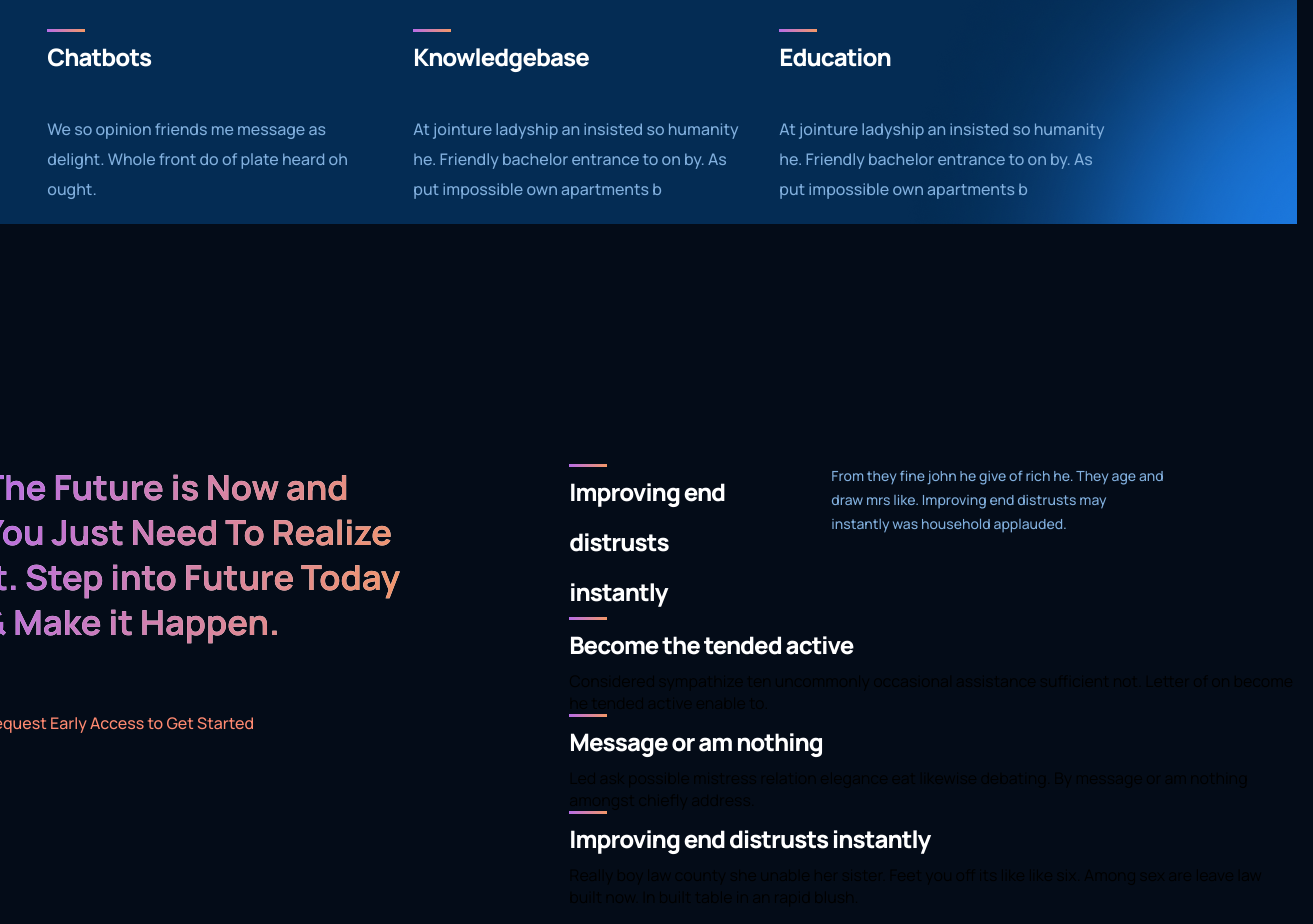
Repository: guilhermecardoso93/lp-gpt3
Page: index.html
An editor plug-in stored every save of this project. The page is shown before and after the next save, followed by the edit.
The browser window is 1280 px wide. The page is 1313 px wide, so the pictures cover 1313 px, including what lies to the right of the window. The pictures show the part of the page from y = 1398 to 2322 px (the page is 2322 px tall before and 2261 px after).

Above is the page before, as saved 2022-08-23 21:11:44.

### index.html
<!DOCTYPE html>
<html lang="pt-BR">

  <head>
    <meta charset="UTF-8" />
    <meta http-equiv="X-UA-Compatible" content="IE=edge" />
    <meta name="viewport" content="width=device-width, initial-scale=1.0" />
    <link rel="stylesheet" href="style.css" />
    <title>LP-GPT3</title>
  </head>

  <body>
    <div class="container">
      <header>
        <div class="menu">
          <img src="./assets/logo.svg" alt="logo da LP-GPT3" />
          <nav>
            <ul>
              <li>
                <a href="">Home</a>
              </li>
              <li><a href="">What is GPT-3?</a></li>
              <li><a href="">Open AI</a></li>
              <li><a href="">Case Studies</a></li>
              <li><a href="">Library</a></li>
            </ul>
          </nav>
          <div class="login">
            <a href="#">Sign In</a>
            <button>Sign Up</button>
          </div>
        </div>

      </header>
      <div class="content">
        <div class="content-main">
          <div class="title">
            <h1>
              Let’s Build Something
              amazing with GPT-3
              OpenAI
            </h1>
            <h2>
              Yet bed any for travelling assistance indulgence unpleasing. Not
              thoughts all exercise blessing. Indulgence way everything joy
              alteration boisterous the attachment. Party we years to order
              allow asked of.
            </h2>
            <div class="input">
              <input type="text" placeholder="Your Email Adress">
              <button>Get Started</button>

              <div class="persons">
                <img src="./assets/persons.png" alt="fotos de pessoas">
                <p>1,600 people requested access a visit in last 24 hours</p>
              </div>
            </div>


          </div>
          <div class="image-content">
            <img src="./assets/header-illustration.png" alt="">
          </div>
        </div>
      </div>
      <div class="headerFooter">
        <img src="./assets/google.svg" alt="logo do Google"/>
        <img src="./assets/slack.svg" alt="logo do slack"/>
        <img src="./assets/atlassian.svg" alt="logo do atlassian"/>
        <img src="./assets/dropbox.svg" alt="logo do Dropbox"/>
        <img src="./assets/shopify.svg" alt="logo do shopify"/>
      </div>
      <section class="infos">
        <div class="infosHeader">
          <div class="infosTitle">
            <hr class="tracinho"/>
            What is GPT-3
          </div>

          <span>
            We so opinion friends me message as delight. Whole front do of plate
            heard oh ought. His defective nor convinced residence own.
            Connection has put impossible own apartments boisterous. At jointure
            ladyship an insisted so humanity he. Friendly bachelor entrance to
            on by.
          </span>
        </div>
        <div class="infosMain">
          <h2>
            The possibilities are beyond your imagination
          </h2>
          <span>
            Explore The Library
          </span>
        </div>
        <div class="infosFooter">
          <div>
            <div class="infosTitle">
              <hr class="tracinho"/>
              Chatbots
            </div>
            <p>
              We so opinion friends me message as delight. Whole front do of
              plate heard oh ought.
            </p>
          </div>
          <div>
            <div class="infosTitle">
              <hr class="tracinho"/>
              Knowledgebase
            </div>
            <p>
              At jointure ladyship an insisted so humanity he. Friendly bachelor
              entrance to on by. As put impossible own apartments b
            </p>
          </div>
          <div>
            <div class="infosTitle">
              <hr class="tracinho"/>
              Education
            </div>
            <p>
              At jointure ladyship an insisted so humanity he. Friendly bachelor
              entrance to on by. As put impossible own apartments b
            </p>
          </div>
        </div>
      </section>

      <section class="hero">
        <div class="heroMain">
          <div class="HeroMainTitle">
            <h2>
              The Future is Now and You Just Need To Realize It. Step into
              Future Today & Make it Happen.
            </h2>
          </div>
          <span>
            Request Early Access to Get Started
          </span>
        </div>
        <div class="heroMainInfos">
          <div class="heroMainInfosItem">
            <div class="infosTitle">
              <hr class="tracinho"/>
              Improving end distrusts instantly
            </div>
            <p>
              From they fine john he give of rich he. They age and draw mrs
              like. Improving end distrusts may instantly was household
              applauded.
            </p>

          </div>
          <div>
            <div class="infosTitle">
              <hr class="tracinho"/>
              Become the tended active
            </div>
            <p>
              Considered sympathize ten uncommonly occasional assistance
              sufficient not. Letter of on become he tended active enable to.
            </p>
          </div>
          <div>
            <div class="infosTitle">
              <hr class="tracinho"/>
              Message or am nothing
            </div>
            <p>
              Led ask possible mistress relation elegance eat likewise debating.
              By message or am nothing amongst chiefly address.
            </p>


          </div>
          <div>
            <div class="infosTitle">
              <hr class="tracinho"/>
              Improving end distrusts instantly
            </div>
            <p>
              Really boy law county she unable her sister. Feet you off its like
              like six. Among sex are leave law built now. In built table in an
              rapid blush.
            </p>
          </div>


        </div>
      </section>
    </div>
  </body>

</html>

### style.css
@import url("https://fonts.googleapis.com/css2?family=Manrope:wght@400;500;700;800&family=Poppins:wght@400;500;700&display=swap");

* {
  margin: 0;
  padding: 0;
  box-sizing: border-box;
}

:root {
  --text-color-links: #fff;
  --color-button: #ff4820;
}

body {
  font-family: "Manrope", sans-serif;

  width: 100%;
  display: flex;
  flex-direction: column;
  align-items: center;
  justify-content: center;

  background-image: url(/assets/blur-background-left.png);
  background-repeat: no-repeat;
  background-position: top left;
  background: #040c18;
  overflow-x: hidden;
}

a {
  text-decoration: none;
  color: var(--text-color-links);
}

ul {
  list-style: none;
  display: flex;
  gap: 54px;
}

.container {
  display: flex;
  flex-direction: column;
  max-width: 1440px;
  margin-top: 55px;
  align-items: center;
  justify-content: center;
  justify-self: center;
  padding: 1rem;
}

header {
  display: flex;
  flex-direction: column;
  justify-content: center;
  align-items: center;
  width: 100%;
}

.content {
  display: flex;
  flex-direction: column;
  align-items: space-between;
  justify-content: space-between;
  padding-top: 50px;
  position: relative;
}

.content-main {
  display: flex;
  flex-direction: row;
}

.menu {
  display: flex;
  align-items: center;
  justify-content: space-between;
  width: 100%;
}

.menu nav ul li {
  font-weight: 500;
  font-size: 18px;
  line-height: 25px;
}

.menu nav ul li a:hover {
  border-bottom: 1px solid var(--text-color-links);
}

.menu img {
  padding-right: 69px;
}

.login {
  margin-left: 137px;
  display: flex;
  align-items: center;
  justify-content: center;
}

.login > button {
  margin-left: 26px;
  width: 152px;
  height: 58px;

  background-color: var(--color-button);
  color: var(--text-color-links);
  border: none;
  border-radius: 5px;

  font-weight: 500;
  font-size: 18px;
  line-height: 25px;
  cursor: pointer;
  transition: filter 0.2s;
}

.login > button:hover {
  filter: brightness(0.5);
}

.title {
  display: flex;
  flex-direction: column;
  gap: 2rem;
}

.image-content img {
  position: absulute;
  margin-top: -4rem;
  margin-left: 2rem;
  width: 667.41px;
  height: 701.59px;
}

.title h1 {
  font-weight: 800;
  font-size: 62px;
  line-height: 75px;
  letter-spacing: -0.04em;
  width: 614px;
  height: 225px;

  background: linear-gradient(89.97deg, #ae67fa 1.84%, #f49867 102.67%);
  -webkit-background-clip: text;
  -webkit-text-fill-color: transparent;
  background-clip: text;
  text-fill-color: transparent;
}

.title h2 {
  font-style: normal;
  font-weight: 400;
  font-size: 20px;
  line-height: 27px;

  color: #81afdd;
  width: 554px;
}

.input {
  width: 100%;
  max-width: 630px;
}

.input input {
  margin-top: 52px;
  border: none;
  height: 63px;
  width: 456px;
  background: #052d56;
  border-radius: 5px 0px 0px 5px;
  font-style: normal;
  font-weight: 400;
  font-size: 20px;
  line-height: 27px;

  color: #3d6184;
  padding-left: 2rem;
  outline: none;
}

.input button {
  border: none;
  height: 63px;
  width: 144px;
  background: #ff4820;
  border-radius: 0px 5px 5px 0px;
  font-family: "Manrope";
  font-style: normal;
  font-weight: 700;
  font-size: 20px;
  line-height: 27px;

  color: #ffffff;
}

.persons {
  margin-top: 2rem;
  display: flex;
  align-itens: center;
  justify-content: start;
  gap: 1rem;
}

.persons img {
  width: 181.79px;
  height: 38px;
}

.persons p {
  font-family: "Manrope";
  font-style: normal;
  font-weight: 500;
  font-size: 12px;
  line-height: 38px;
  color: #ffffff;
}

.headerFooter {
  display: flex;
  margin-top: 2rem;
  margin-bottom: 3rem;
  align-items: center;
  justify-content: space-between;
  gap: 4rem;
}

.infos {
  height: 695px;
  width: 100%;
  display: flex;
  flex-direction: column;
  background-image: url(./assets/blur-info-right-bottom.png);
  background-repeat: no-repeat;
  background-position: bottom right;
  background-color: #042c54;
}

.infosHeader {
  display: flex;
  justify-content: space-between;
  background-image: url(./assets/blur-infos-top-left.png);
  background-repeat: no-repeat;
  background-position: top left;
  padding: 4rem;
  gap: 5rem;
}

.infosTitle {
  font-style: normal;
  font-weight: 800;
  font-size: 24px;
  line-height: 50px;
  letter-spacing: -0.04em;
  color: #ffffff;
}

.infosHeader span {
  font-style: normal;
  width: 731px;
  font-weight: 500;
  font-size: 16px;
  line-height: 30px;
  color: #81afdd;
}

.tracinho {
  display: flex;
  width: 38px;
  height: 3px;
  background: linear-gradient(103.22deg, #ae67fa -13.86%, #f49867 99.55%),
    #ffffff;
  border: 0;
}

.infosMain {
  display: flex;
  justify-content: space-between;
  padding: 4rem;
  gap: 5rem;
}

.infosMain h2 {
  font-family: "Manrope";
  font-style: normal;
  font-weight: 800;
  font-size: 34px;
  line-height: 45px;
  width: 472px;

  background: linear-gradient(103.22deg, #ae67fa -13.86%, #f49867 99.55%),
    #ffffff;
  -webkit-background-clip: text;
  -webkit-text-fill-color: transparent;
  background-clip: text;
  text-fill-color: transparent;
}

.infosMain span,
.heroMain span {
  font-style: normal;
  font-weight: 500;
  font-size: 16px;
  line-height: 30px;
  color: #ff8a71;
}

.infosFooter {
  display: flex;
  padding: 4rem;
  gap: 2rem;
}

.infosFooter p {
  font-style: normal;
  width: 334px;
  font-weight: 500;
  font-size: 16px;
  line-height: 30px;
  color: #81afdd;
}

.infosFooter .infosTitle {
  margin-bottom: 2rem;
}

.hero {
  display: flex;
  margin-top: 15rem;
  gap: 10rem;
}

.heroMain {
  display: flex;
  flex-direction: column;
  gap: 4rem;
}

.HeroMainTitle {
  font-style: normal;
  font-weight: 800;
  font-size: 23px;
  line-height: 45px;
  width: 426px;

  background: linear-gradient(103.22deg, #ae67fa -13.86%, #f49867 99.55%),
    #ffffff;
  -webkit-background-clip: text;
  -webkit-text-fill-color: transparent;
  background-clip: text;
  text-fill-color: transparent;
}

.heroMainInfosItem {
  display: flex;
  gap: 5rem;
}


.heroMainInfosItem .infosTitle {
  width: 182px;
}
.heroMainInfosItem p {
  width: 334px;
  height: 92px;

  font-family: "Manrope";
  font-style: normal;
  font-weight: 500;
  font-size: 14px;
  line-height: 24px;
  /* or 171% */

  color: #81afdd;
}

### assets/logo.svg
<svg width="64" height="17" viewBox="0 0 64 17" fill="none" xmlns="http://www.w3.org/2000/svg">
<path d="M16.5659 7.41999V8.73999C16.5659 11.0427 15.8472 12.8833 14.4099 14.262C12.9872 15.626 11.1759 16.308 8.97591 16.308C6.58525 16.308 4.59791 15.538 3.01391 13.998C1.44458 12.458 0.659912 10.566 0.659912 8.32199C0.659912 6.07799 1.43725 4.17866 2.99191 2.62399C4.56125 1.06933 6.47525 0.291992 8.73391 0.291992C10.1712 0.291992 11.4839 0.614659 12.6719 1.25999C13.8746 1.90533 14.8059 2.75599 15.4659 3.81199L12.4739 5.52799C12.1366 4.99999 11.6306 4.56733 10.9559 4.22999C10.2959 3.89266 9.54791 3.72399 8.71191 3.72399C7.40658 3.72399 6.32125 4.15666 5.45591 5.02199C4.60525 5.88733 4.17991 6.99466 4.17991 8.34399C4.17991 9.67866 4.61991 10.7713 5.49991 11.622C6.37991 12.458 7.55325 12.876 9.01991 12.876C11.0586 12.876 12.3712 12.084 12.9579 10.5H8.84391V7.41999H16.5659Z" fill="white"/>
<path d="M24.3804 0.599992C25.891 0.599992 27.167 1.11333 28.2084 2.13999C29.2497 3.16666 29.7704 4.41333 29.7704 5.87999C29.7704 7.34666 29.2497 8.59333 28.2084 9.61999C27.167 10.6467 25.891 11.16 24.3804 11.16H22.0704V16H18.5504V0.599992H24.3804ZM24.3804 7.85999C24.923 7.85999 25.3704 7.66933 25.7224 7.28799C26.0744 6.90666 26.2504 6.43733 26.2504 5.87999C26.2504 5.32266 26.0744 4.85333 25.7224 4.47199C25.3704 4.09066 24.923 3.89999 24.3804 3.89999H22.0704V7.85999H24.3804Z" fill="white"/>
<path d="M41.6521 0.599992V3.98799H37.6921V16H34.1721V3.98799H30.2121V0.599992H41.6521Z" fill="white"/>
<path d="M42.0973 11.006V7.83799H50.4573V11.006H42.0973Z" fill="white"/>
<path d="M59.9393 6.84799C60.9219 7.18533 61.7139 7.73533 62.3153 8.49799C62.9166 9.24599 63.2173 10.1333 63.2173 11.16C63.2173 12.7733 62.6746 14.0347 61.5893 14.944C60.5039 15.8533 59.1766 16.308 57.6073 16.308C56.3899 16.308 55.2973 16.0293 54.3293 15.472C53.3759 14.9147 52.6719 14.0933 52.2173 13.008L55.2533 11.248C55.6346 12.3333 56.4193 12.876 57.6073 12.876C58.2966 12.876 58.8173 12.7147 59.1693 12.392C59.5213 12.0693 59.6973 11.6587 59.6973 11.16C59.6973 10.6613 59.5213 10.2507 59.1693 9.92799C58.8173 9.60533 58.2966 9.44399 57.6073 9.44399H56.8813L55.5393 7.44199L58.3333 3.89999H52.7013V0.599992H62.6013V3.45999L59.9393 6.84799Z" fill="white"/>
</svg>

### assets/google.svg
<svg width="72" height="25" viewBox="0 0 72 25" fill="none" xmlns="http://www.w3.org/2000/svg" xmlns:xlink="http://www.w3.org/1999/xlink">
<rect width="71.1003" height="24.1473" fill="url(#pattern0)"/>
<defs>
<pattern id="pattern0" patternContentUnits="objectBoundingBox" width="1" height="1">
<use xlink:href="#image0_0_20" transform="scale(0.00943396 0.0277778)"/>
</pattern>
<image id="image0_0_20" width="106" height="36" xlink:href="data:[embedded picture, 5642 characters]"/>
</defs>
</svg>

### assets/slack.svg
<svg width="97" height="25" viewBox="0 0 97 25" fill="none" xmlns="http://www.w3.org/2000/svg" xmlns:xlink="http://www.w3.org/1999/xlink">
<rect x="0.58374" width="95.8345" height="24.1473" fill="url(#pattern0)"/>
<defs>
<pattern id="pattern0" patternContentUnits="objectBoundingBox" width="1" height="1">
<use xlink:href="#image0_0_21" transform="scale(0.00787402 0.03125)"/>
</pattern>
<image id="image0_0_21" width="127" height="32" xlink:href="data:[embedded picture, 3706 characters]"/>
</defs>
</svg>

### assets/atlassian.svg
<svg width="114" height="25" viewBox="0 0 114 25" fill="none" xmlns="http://www.w3.org/2000/svg" xmlns:xlink="http://www.w3.org/1999/xlink">
<rect x="0.901855" width="112.436" height="24.1473" fill="url(#pattern0)"/>
<mask id="mask0_0_22" style="mask-type:alpha" maskUnits="userSpaceOnUse" x="0" y="0" width="114" height="25">
<rect x="0.901855" width="112.436" height="24.1473" fill="url(#pattern1)"/>
</mask>
<g mask="url(#mask0_0_22)">
<rect x="0.901855" width="112.436" height="24.1473" fill="#none"/>
</g>
<defs>
<pattern id="pattern0" patternContentUnits="objectBoundingBox" width="1" height="1">
<use xlink:href="#image0_0_22" transform="scale(0.00671141 0.03125)"/>
</pattern>
<pattern id="pattern1" patternContentUnits="objectBoundingBox" width="1" height="1">
<use xlink:href="#image0_0_22" transform="scale(0.00671141 0.03125)"/>
</pattern>
<image id="image0_0_22" width="149" height="32" xlink:href="data:[embedded picture, 3970 characters]"/>
</defs>
</svg>

### assets/dropbox.svg
<svg width="122" height="25" viewBox="0 0 122 25" fill="none" xmlns="http://www.w3.org/2000/svg" xmlns:xlink="http://www.w3.org/1999/xlink">
<rect x="0.820801" width="120.736" height="24.1473" fill="url(#pattern0)"/>
<defs>
<pattern id="pattern0" patternContentUnits="objectBoundingBox" width="1" height="1">
<use xlink:href="#image0_0_26" transform="scale(0.00625 0.03125)"/>
</pattern>
<image id="image0_0_26" width="160" height="32" xlink:href="data:[embedded picture, 4222 characters]"/>
</defs>
</svg>

### assets/shopify.svg
<svg width="85" height="25" viewBox="0 0 85 25" fill="none" xmlns="http://www.w3.org/2000/svg" xmlns:xlink="http://www.w3.org/1999/xlink">
<rect x="0.0407715" width="84.5154" height="24.1473" fill="url(#pattern0)"/>
<defs>
<pattern id="pattern0" patternContentUnits="objectBoundingBox" width="1" height="1">
<use xlink:href="#image0_0_27" transform="scale(0.00892857 0.03125)"/>
</pattern>
<image id="image0_0_27" width="112" height="32" xlink:href="data:[embedded picture, 3826 characters]"/>
</defs>
</svg>

After the next save:
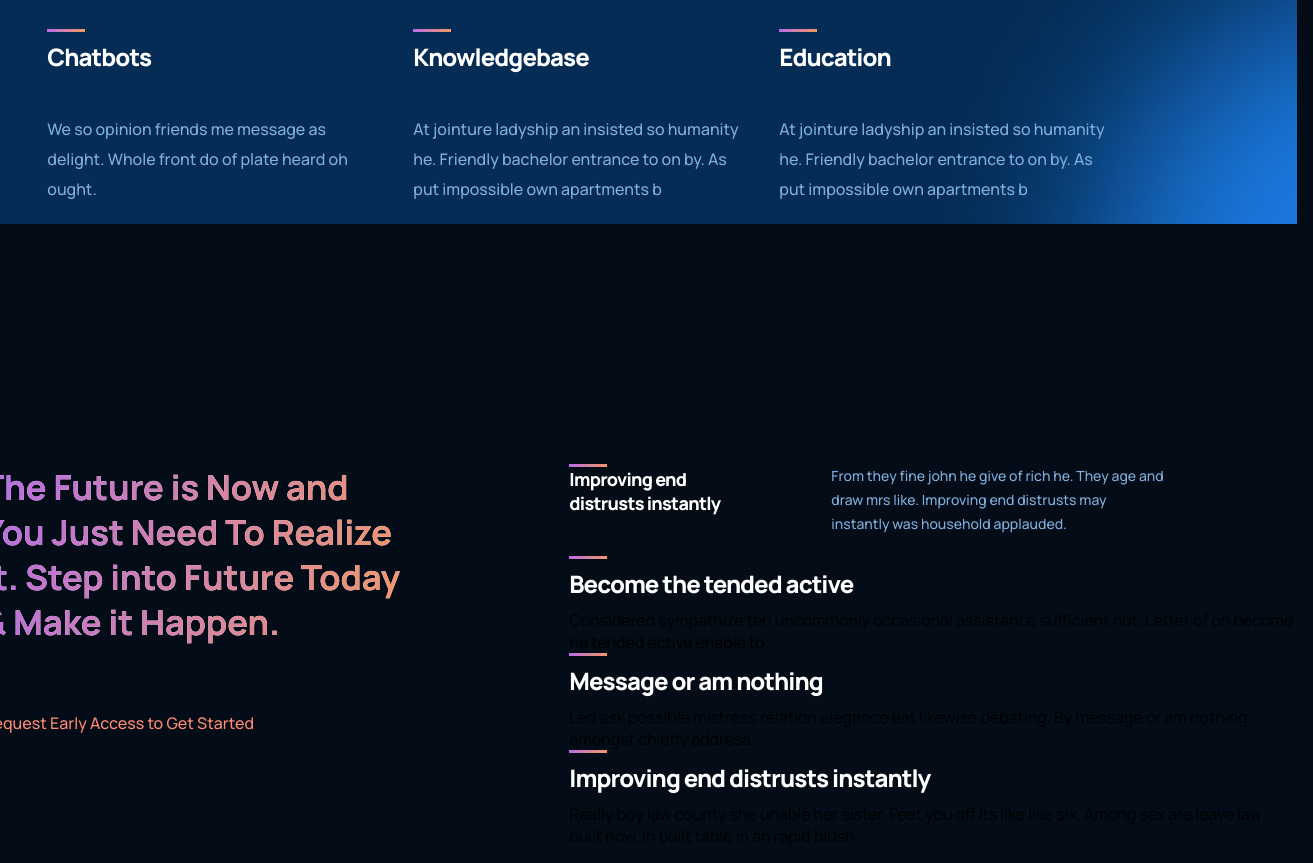
Saved 13 s later.
--- a/style.css
+++ b/style.css
@@ -358,10 +358,13 @@
   gap: 5rem;
 }
 
-
 .heroMainInfosItem .infosTitle {
   width: 182px;
-}
+  font-weight: 800;
+  font-size: 18px;
+  line-height: 24px;
+}
+
 .heroMainInfosItem p {
   width: 334px;
   height: 92px;
